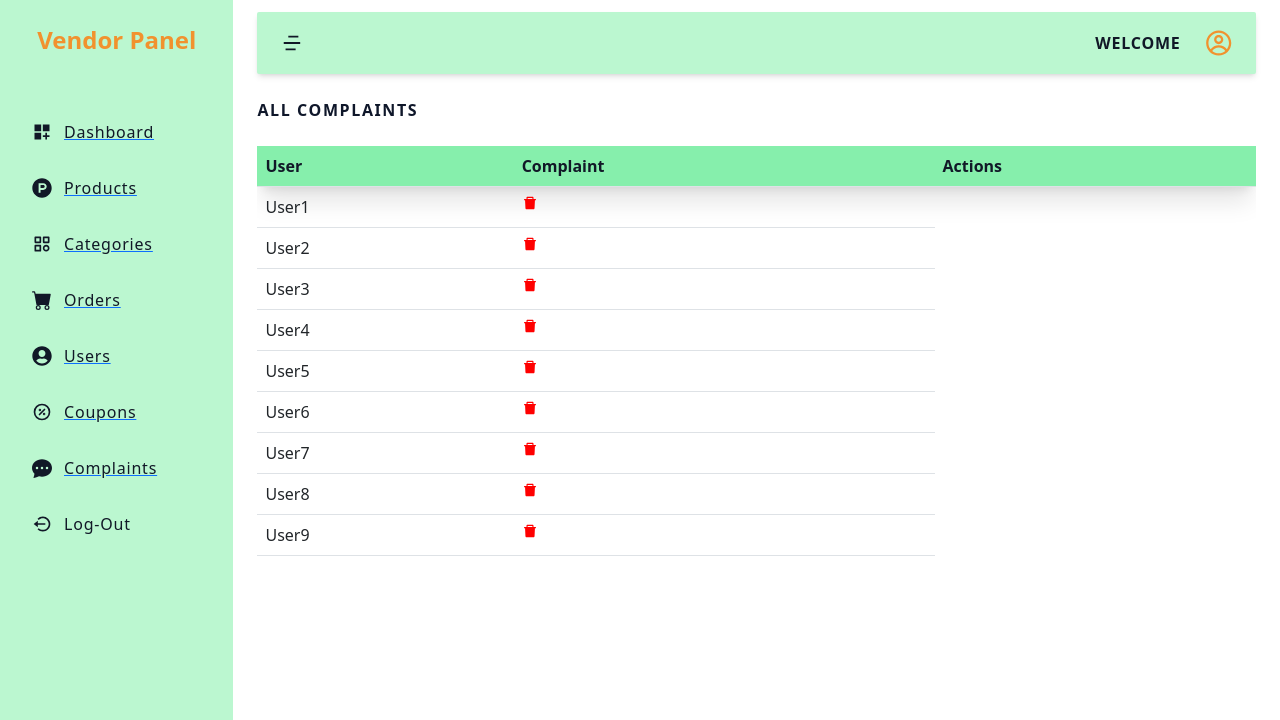
Repository: FlyweisReact/JitenderAdminPanel
Page: /chat
These files come from the project's save history. The page is drawn as it stood at one moment and after the next save; the edit follows.
The browser window is 1280 px wide. The pictures show the whole page.
An inner scrolling area shows only its first screen. The project was rebuilt for these pictures with package versions that can differ from the ones it lists, and the page was loaded fresh each time. Also part of the build but not shown: src/components/forms/Login.jsx, src/components/pages/Dashboard.jsx, src/components/vendorPanel/components/layout/Navbar.jsx, src/components/vendorPanel/components/layout/Sidebar.jsx, src/components/vendorPanel/components/layout/HOC.jsx, src/components/vendorPanel/components/pages/Message/Message.js, src/components/pages/UserKundli/UserKundli.jsx, src/components/pages/discount/Discount.jsx and 18 more.

Above is the page before, as saved 2022-11-05 17:06:05.

After the next save:
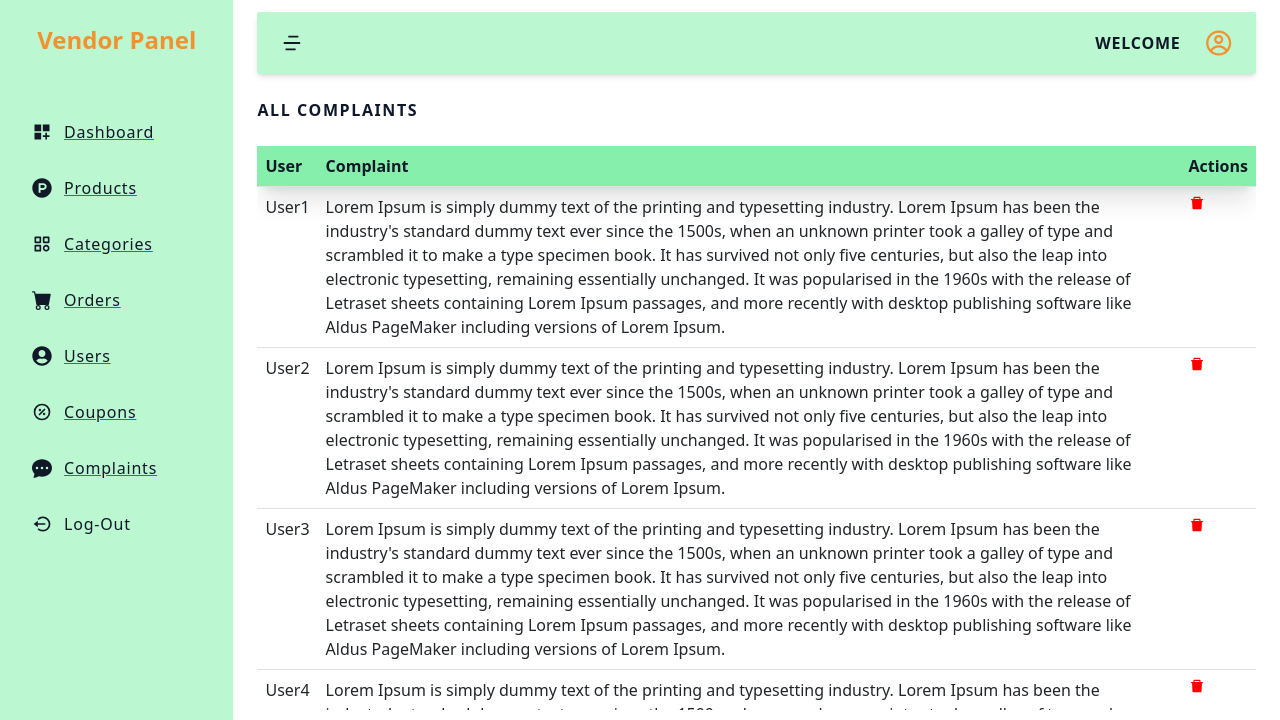
Saved 4 s later.
--- a/src/components/pages/reactChat/Chat.js
+++ b/src/components/pages/reactChat/Chat.js
@@ -77,6 +77,7 @@ const Chat = () => {
               {products?.map((i, index) => (
                 <tr key={index} style={{ marginTop: "1%" }}>
                   <td>{i.user} </td>
+                  <td>{i.com} </td>
 
                   <td>
                     <span style={{ display: "flex", gap: "5px" }}>
